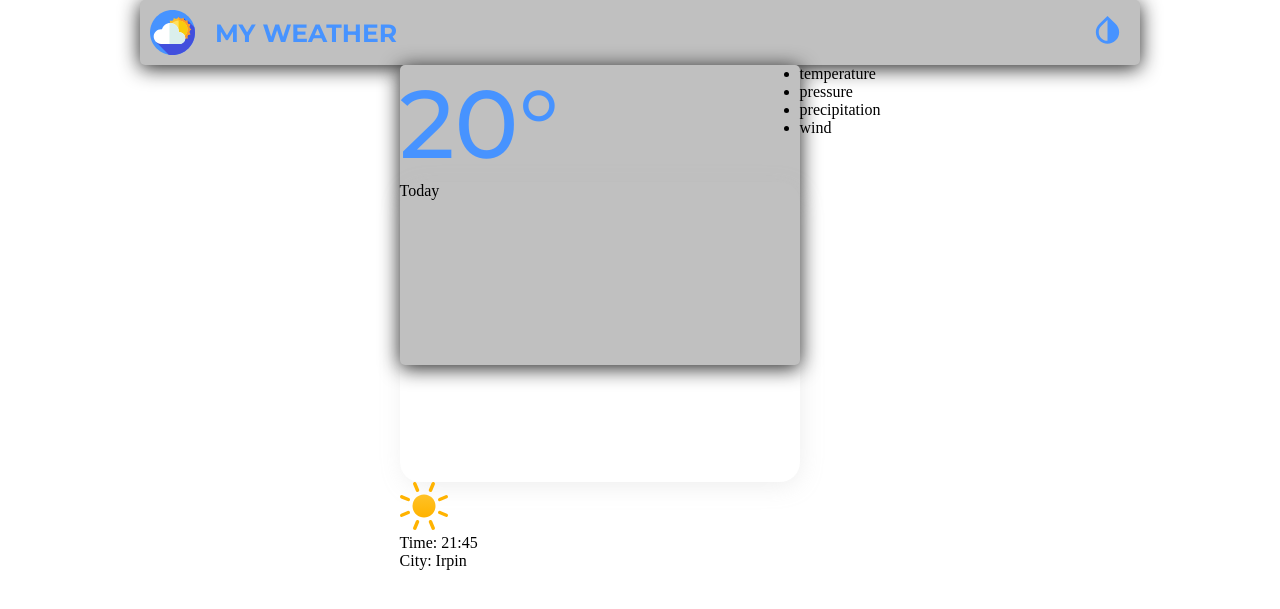
Repository: YuraKrvz/my_weather2
Page: /
An editor plug-in stored every save of this project. The page is shown before and after the next save, followed by the edit.
The browser window is 1280 px wide. The pictures show the whole page.
The project was rebuilt for these pictures with package versions that can differ from the ones it lists, and the page was loaded fresh each time.

Above is the page before, as saved 2022-01-25 18:16:23.

### src/index.css
@import url('https://fonts.googleapis.com/css2?family=Montserrat:wght@300;400;500;600;700&display=swap');
*,
*:after,
*:before{
  box-sizing: border-box;
  margin: 0;
  padding: 0;
}
body{
  background-color: var(--body-background);
}
:root{
  --color-default-blue: #4793FF;
}
.container{
  max-width: 1200px;
  margin: 0 auto;
  padding: 0 15px;
}
html[data-theme='true']{
  --body-background: #fff;
  --components-background: silver;
  --card-background: rgba(71, 147, 255, 0.2);
  --card-shadow: 0px 3px 20px rgba(5, 5, 5, 0.9);

  --text-color: #000;
}
html[data-theme='false']{
  --body-background: #0d1117;
  --components-background: #4f4f4f;
  --card-background: #2e3035;
  --card-shadow: 0px 3px 20px rgba(147, 144, 144, 0.9);
  --text-color: #fff;
}

### src/App.js
import Header from './components/Header/Header';
import MyWeather from './components/MyWeather/MyWeather';

export default function App() {

  return (
    <div className='container'>
     <Header />
     <MyWeather />

    </div>
  );
};

### src/components/header/Header.jsx
import React from 'react';
import useTheme from '../../hooks/useTheme';
import s from './Header.module.css';
import {GeneratorSvgIcon} from '../../assets/GeneratorSvgIcon.js';

export default function Header() {
  const {theme, setTheme} = useTheme();

  return (
   <header className={s.wrap__header}>
      <div className={s.inner}>
         <GeneratorSvgIcon className={s.logo__img} id='header-logo' />
         <h1 className={s.header__logo_text}>My weather</h1>
      </div>
      <span onClick={()=> setTheme(!theme)} >
         <GeneratorSvgIcon className={s.logo__img} id='change-theme'/>
      </span>
   </header>
  );
}

### src/components/MyWeather/MyWeather.jsx
import React from 'react';
import { GeneratorSvgIcon } from '../../assets/GeneratorSvgIcon';
import s from './MyWeather.module.css';

export default function MyWeather() {
  return (
   <section className={s.wrapper}>
      <div className={s.main}>
         <span>
            <span>
               <p className={s.temp__main}>20°</p>
               <p className={s.day}>Today</p>
            </span>
            <GeneratorSvgIcon id='sun' />
         </span>
         <p className={s.time}>Time: 21:45</p>
         <p className={s.city}>City: Irpin</p>
      </div>
      <div className={s.description}>
         <ul className={s.list}>
            <li className={s.temp__description}>temperature</li>
            <li className={s.pressure}>pressure</li>
            <li className={s.precipitation}>precipitation</li>
            <li className={s.wind}>wind</li>
         </ul>
      </div>
   </section>
  );
}

### src/hooks/useTheme.js
import {useState, useLayoutEffect} from 'react';

export default function useTheme() {
   const [theme, setTheme] = useState(true);

   useLayoutEffect( ()=>{
      document.documentElement.setAttribute('data-theme', theme);
   }, [theme] )

   return {theme, setTheme};
}

### src/components/header/Header.module.css
.wrap__header{
   display: flex;
   justify-content: space-between;
   align-items: center;
   background-color: var(--components-background);
   box-shadow: var(--card-shadow);
   border-radius: 5px;
   padding: 10px;
   margin: 0 auto;
   width: 1000px;
   height: 65px;
   left: 360px;
   top: 20px;
}
.inner{
   display: flex;
   align-items: center;
}
.logo__img{
   width: 45px;
}
.header__logo_text{
   margin-left: 20px;
   width: 230px;
   height: 30px;
   font-style: normal;
   font-weight: bold;
   font-size: 25px;
   line-height: 30px;
   text-transform: uppercase;
   font-family: Montserrat;
   color: var(--color-default-blue);
}
.button__theme{

}

### src/components/MyWeather/MyWeather.module.css
.wrapper{
   display: flex;
   justify-content: center;
}
.main{
   height: 300px;
   width: 400px;
   background-color: var(--components-background);
   box-shadow: var(--card-shadow);
   border-radius: 5px;
}
.temp__main{
   width: 160px;
   height: 117px;
   font-family: Montserrat;
   font-style: normal;
   font-weight: 500;
   font-size: 96px;
   line-height: 117px;
   color: var(--color-default-blue);
}
.day{
   width: 400px;
   height: 300px;
   box-shadow: 2px 5px 25px -3px rgba(180, 180, 180, 0.25);
   border-radius: 20px;
}
.time{}
.city{}
.description{}
.list{}
.temp__description{}
.pressure{}
.precipitation{}
.wind{}

Loaded but not shown: public/index.html (common file); src/index.js (common file); src/assets/GeneratorSvgIcon.js (401 lines, source omitted)

After the next save:
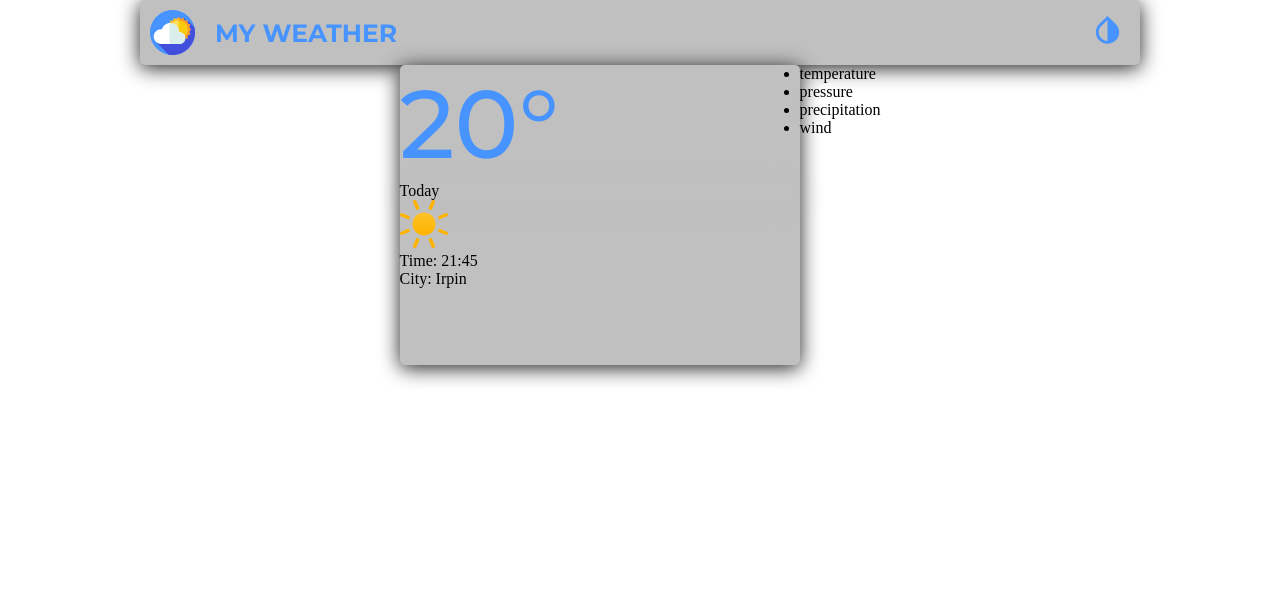
Saved 6 s later.
--- a/src/components/MyWeather/MyWeather.module.css
+++ b/src/components/MyWeather/MyWeather.module.css
@@ -20,8 +20,6 @@
    color: var(--color-default-blue);
 }
 .day{
-   width: 400px;
-   height: 300px;
    box-shadow: 2px 5px 25px -3px rgba(180, 180, 180, 0.25);
    border-radius: 20px;
 }
